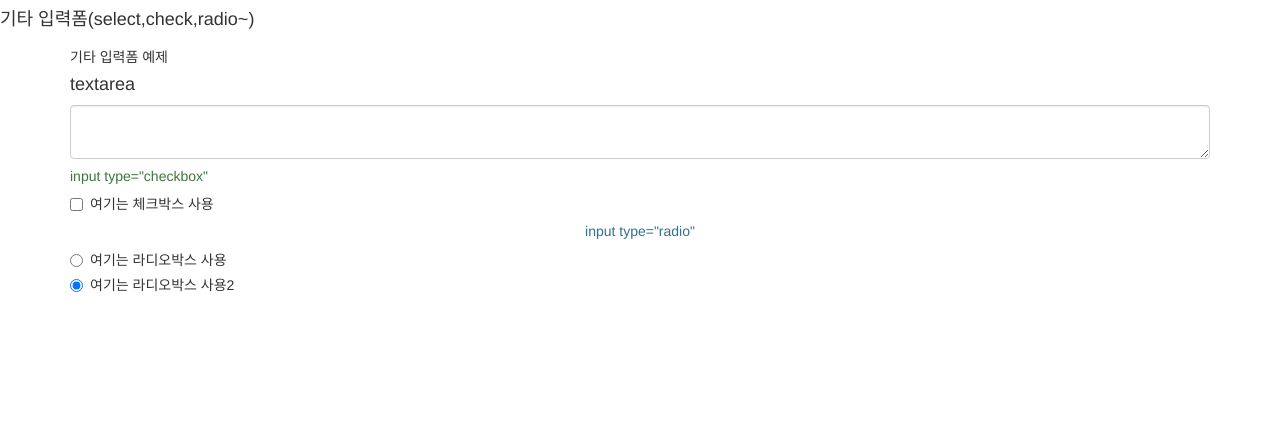
Repository: RYE415/4.jsp
Page: BootstrapTest/src/main/webapp/4.form/form3(select,check,radio~).html
An editor plug-in stored every save of this project. The page is shown before and after the next save, followed by the edit.
The browser window is 1280 px wide. The pictures show the whole page.
Some web libraries are served in a nearby version.

Above is the page before, as saved 2022-08-09 01:52:57.

### BootstrapTest/src/main/webapp/4.form/form3(select,check,radio~).html
<!DOCTYPE html>
<html lang="ko">
  <head>
    <meta charset="utf-8">
    <meta http-equiv="X-UA-Compatible" content="IE=edge">
    <meta name="viewport" content="width=device-width, initial-scale=1">
    <!-- 위 3개의 메타 태그는 *반드시* head 태그의 처음에 와야합니다; 어떤 다른 콘텐츠들은 반드시 이 태그들 *다음에* 와야 합니다 -->
    <title>예제</title>

    <!-- 부트스트랩 -->
    <link href="../css/bootstrap.min.css" rel="stylesheet">

    <!-- IE8 에서 HTML5 요소와 미디어 쿼리를 위한 HTML5 shim 와 Respond.js -->
    <!-- WARNING: Respond.js 는 당신이 file:// 을 통해 페이지를 볼 때는 동작하지 않습니다. -->
    <!--[if lt IE 9]>
      <script src="https://oss.maxcdn.com/html5shiv/3.7.2/html5shiv.min.js"></script>
      <script src="https://oss.maxcdn.com/respond/1.4.2/respond.min.js"></script>
    <![endif]-->
  </head>
  <body>
    <h4>기타 입력폼(select,check,radio~)</h4>
    <div class="container">
    	<h5>기타 입력폼 예제</h5>
    	<h4>textarea</h4>
    	<!-- rows 속성만 사용(기본적으로 넓이는 100%) -->
    	<textarea area="5" class="form-control"></textarea>

    	<!--
    		checkbox->div 태그로 묶어주고 <label>로 감싸준다.
    		.radio,
			.checkbox {
			  position: relative;
			  display: block;
			  margin-top: 10px;
			  margin-bottom: 10px;
			  =>밖의 여백 상,하단을 각각 10px로 여백
			}
    	 -->
    	 <h5 class="text-success">input type="checkbox"</h5>
    	 <div class="checkbox">
    	 	<label>
    	 		<input type="checkbox" value="">여기는 체크박스 사용
    	 	</label>
    	 </div>
    	 <!-- radio  -->
    	  <h5 class="text-info text-center">input type="radio"</h5>
    	 <div class="radio">
    	 	<label>
    	 		<input type="radio" name="optionRadios" id="optionRadios"
    	 		 value="option1" checked>여기는 라디오박스 사용
    	 	</label>
    	 </div>

    	 <div class="radio">
    	 	<label>
    	 		<input type="radio" name="optionRadios" id="optionRadios2"
    	 		 value="option2" checked>여기는 라디오박스 사용2
    	 	</label>
    	 </div>
    </div>



    <!-- jQuery (부트스트랩의 자바스크립트 플러그인을 위해 필요합니다) -->
    <script src="https://ajax.googleapis.com/ajax/libs/jquery/1.11.2/jquery.min.js"></script>
    <!-- 모든 컴파일된 플러그인을 포함합니다 (아래), 원하지 않는다면 필요한 각각의 파일을 포함하세요 -->
    <script src="../js/bootstrap.min.js"></script>
  </body>
</html>

Loaded but not shown: BootstrapTest/src/main/webapp/css/bootstrap.min.css (library); BootstrapTest/src/main/webapp/js/bootstrap.min.js (library)

After the next save:
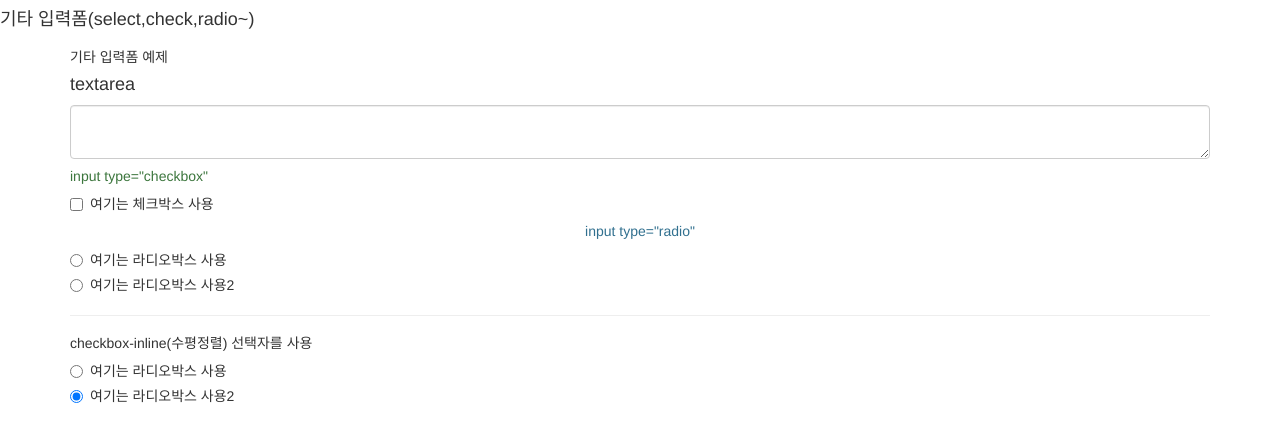
Saved 15 min 2 s later.
--- a/BootstrapTest/src/main/webapp/4.form/form3(select,check,radio~).html
+++ b/BootstrapTest/src/main/webapp/4.form/form3(select,check,radio~).html
@@ -57,6 +57,27 @@
     	 		 value="option2" checked>여기는 라디오박스 사용2
     	 	</label>
     	 </div>
+    	 <hr>
+    	 <h5>checkbox-inline(수평정렬) 선택자를 사용</h5>
+    	 <!--
+    	 label로 묶어주고 클래스 선택자 부여-> 수평정렬(checkbox-inline)
+    	 									    radio-inline
+    	  -->
+    	 <div class="radio">
+    	 	<label>
+    	 		<input type="radio" name="optionRadios" id="optionRadios"
+    	 		 value="option1" checked>여기는 라디오박스 사용
+    	 	</label>
+    	 </div>
+
+    	 <div class="radio">
+    	 	<label>
+    	 		<input type="radio" name="optionRadios" id="optionRadios2"
+    	 		 value="option2" checked>여기는 라디오박스 사용2
+    	 	</label>
+    	 </div>
+
+
     </div>
 
 
